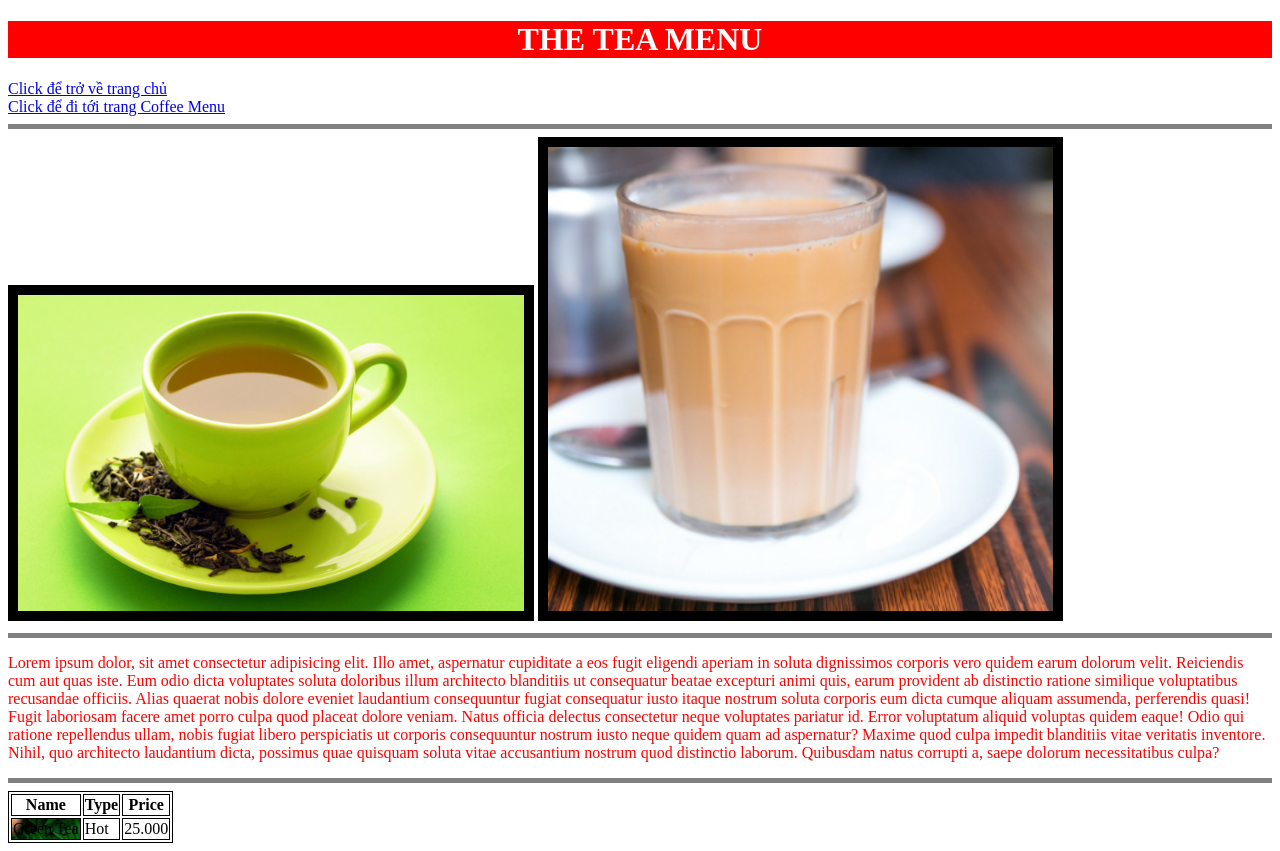
Repository: giahuy405/HomeWork_Coffee
Page: tea.html
An editor plug-in stored every save of this project. The page is shown before and after the next save, followed by the edit.
The browser window is 1280 px wide. The pictures show the whole page.

Above is the page before, as saved 2022-09-07 11:34:13.

After the next save:
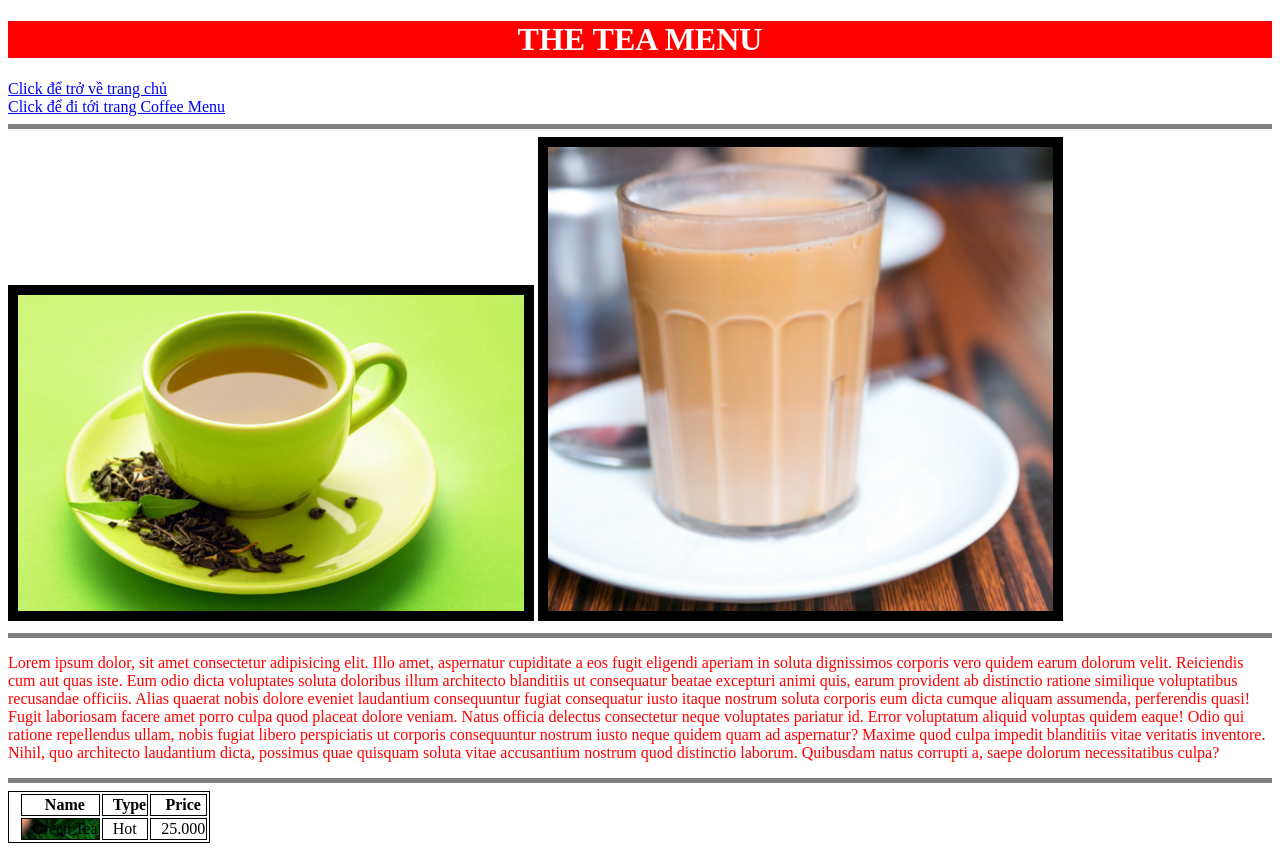
Saved 33 s later.
--- a/css/tea.css
+++ b/css/tea.css
@@ -1,4 +1,9 @@
 table,th,td{
     border: 1px solid black;
     border-collapse: separate;
+    padding-left: 10px;
 }
+.intro table{
+    width: 600px;
+    margin: 0 auto;
+}
